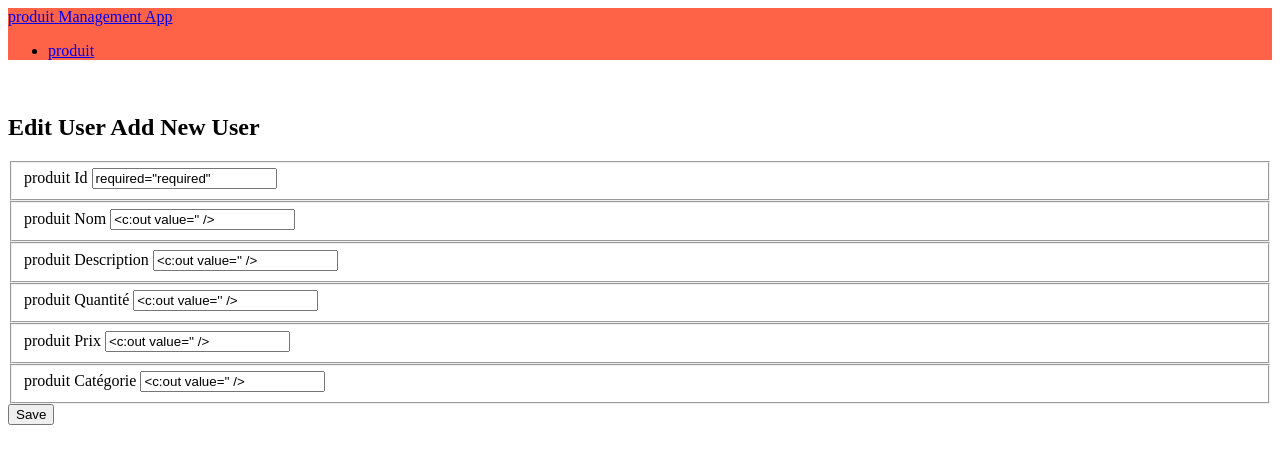
Repository: youssefeddib/ManagSport
Page: http://localhost/Application_du_gestion/
An editor plug-in stored every save of this project. The page is shown before and after the next save, followed by the edit.
The browser window is 1280 px wide. The pictures show the whole page.
The page is served by Tomcat 9. Other server files are loaded and not shown.

Above is the page before, as saved 2025-02-13 10:45:02.

### Application du gestion/src/main/webapp/index.jsp
<!DOCTYPE html>
<html>
<head>
<meta charset="UTF-8">
<title>Applicatin gestion de stock</title>
<link href="">
</head>
<body>
<header>
                <nav class="navbar navbar-expand-md navbar-dark" style="background-color: tomato">
                    <div>
                        <a href="https://www.javaguides.net" class="navbar-brand"> produit Management App </a>
                    </div>

                    <ul class="navbar-nav">
                        <li><a href="<%=request.getContextPath()%>/list" class="nav-link">produit</a></li>
                    </ul>
                </nav>
            </header>
            <br>
            <div class="container col-md-5">
                <div class="card">
                    <div class="card-body">
                        <c:if test="${user != null}">
                            <form action="update" method="post">
                        </c:if>
                        <c:if test="${user == null}">
                            <form action="insert" method="post">
                        </c:if>

                        <caption>
                            <h2>
                                <c:if test="${user != null}">
                                    Edit User
                                </c:if>
                                <c:if test="${user == null}">
                                    Add New User
                                </c:if>
                            </h2>
                        </caption>

                        <c:if test="${user != null}">
                            <input type="hidden" name="id" value="<c:out value='${user.id}' />" />
                        </c:if>

                        <fieldset class="form-group">
                            <label>produit Id</label> <input type="text" value=  required="required">
                        </fieldset>

                        <fieldset class="form-group">
                            <label>produit Nom</label> <input type="text" value="<c:out value='${user.email}' />" class="form-control" name="email">
                        </fieldset>

                        <fieldset class="form-group">
                            <label>produit Description</label> <input type="text" value="<c:out value='${user.country}' />" class="form-control" name="country">
                        </fieldset>

                         <fieldset class="form-group">
                            <label>produit Quantité</label> <input type="text" value="<c:out value='${user.country}' />" class="form-control" name="country">
                        </fieldset>

                        <fieldset class="form-group">
                            <label>produit Prix</label> <input type="text" value="<c:out value='${user.country}' />" class="form-control" name="country">
                        </fieldset>

                        <fieldset class="form-group">
                            <label>produit Catégorie</label> <input type="text" value="<c:out value='${user.country}' />" class="form-control" name="country">
                        </fieldset>



                        <button type="submit" class="btn btn-success">Save</button>
                        </form>
                    </div>
                </div>
            </div>
</body>
</html>

After the next save:
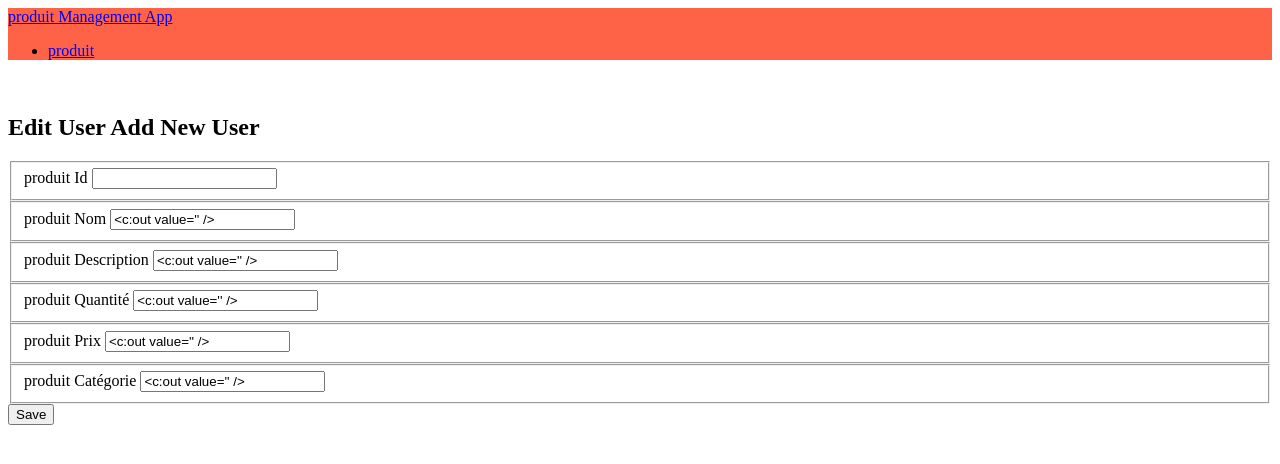
Saved 28 s later.
--- a/Application du gestion/src/main/webapp/index.jsp
+++ b/Application du gestion/src/main/webapp/index.jsp
@@ -44,7 +44,7 @@
                         </c:if>
 
                         <fieldset class="form-group">
-                            <label>produit Id</label> <input type="text" value=  required="required">
+                            <label>produit Id</label> <input type="text" value=  >
                         </fieldset>
 
                         <fieldset class="form-group">
